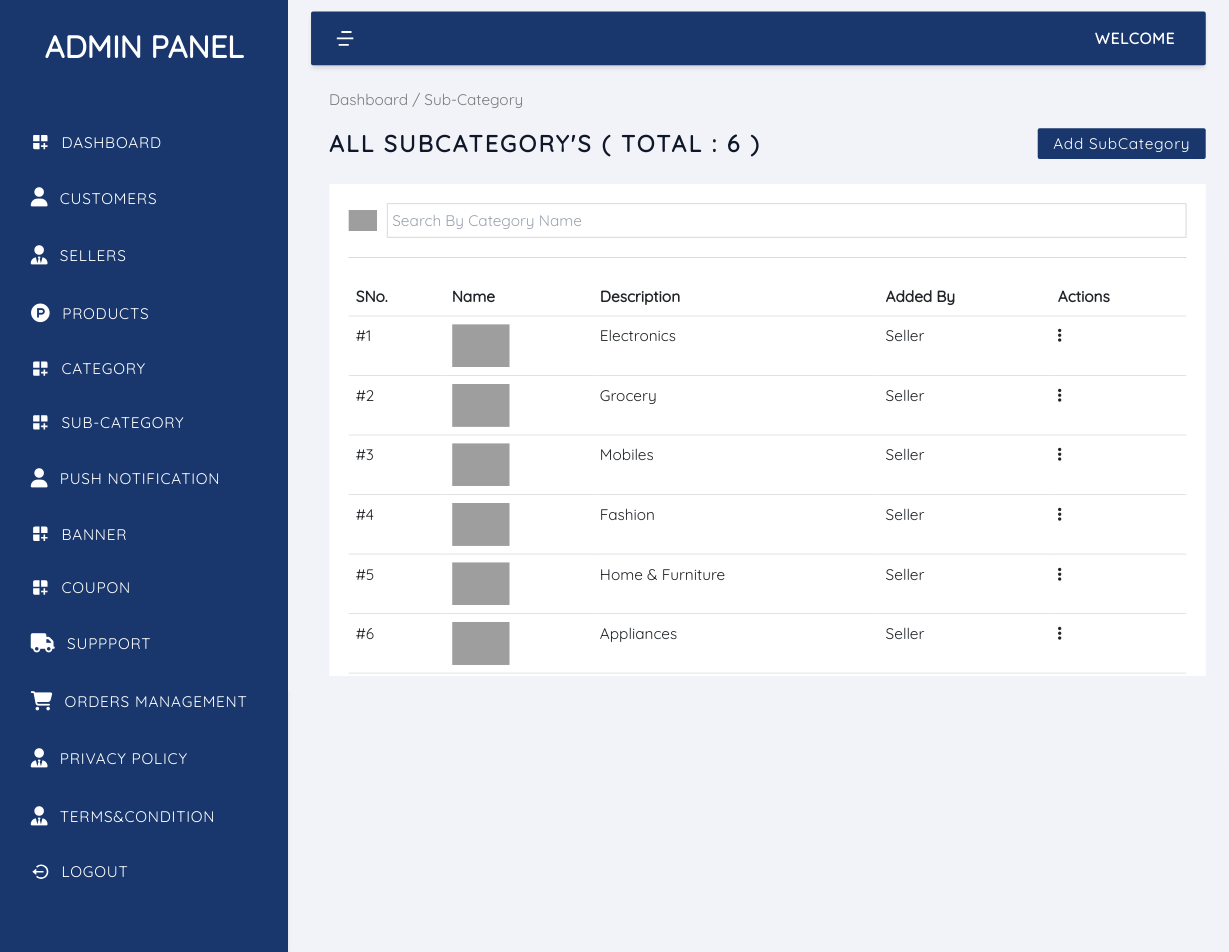
Repository: shishpal2000/admin.aschpro
Page: /SubCategory
An editor plug-in stored every save of this project. The page is shown before and after a run of saves, followed by the edit.
The browser window is 1280 px wide. The pictures show the whole page, at 96% of full size.
Pictures or frames that could not be fetched are drawn as grey boxes. An inner scrolling area shows only its first screen. Some web libraries are served in a nearby version. The project was rebuilt for these pictures with package versions that can differ from the ones it lists, and the page was loaded fresh each time. Also part of the build but not shown: src/E-CommerceAdmin/forms/Login.jsx, src/E-CommerceAdmin/pages/Dashboard.jsx, src/E-CommerceAdmin/pages/ECategory.js, src/E-CommerceAdmin/pages/EProduct.js, src/E-CommerceAdmin/pages/EVendorList.js, src/E-CommerceAdmin/pages/EAdminOrders.js, src/E-CommerceAdmin/pages/EAdminDelivery.js, src/E-CommerceAdmin/pages/EAdminCustomer.js and 6 more. Imported but missing from the stored project, and not drawn on this page: src/E-CommerceAdmin/pages/Complaints, src/E-CommerceAdmin/pages/Component/SpinnerComp, src/E-CommerceAdmin/pages/EAdmin, src/E-CommerceAdmin/pages/EAdminProduct, src/E-CommerceAdmin/pages/ESingleProduct, src/E-CommerceAdmin/pages/GetMeThis, src/E-CommerceAdmin/pages/HelpSupport.

Above is the page before, as saved 2023-06-28 16:43:26.

### public/index.html
<!-- @format -->

<!DOCTYPE html>
<html lang="en">
  <head>
    <meta charset="utf-8" />
    <meta name="viewport" content="width=device-width, initial-scale=1" />
    <meta name="theme-color" content="#000000" />
    <meta
      name="description"
      content="Web site created using create-react-app"
    />
    <link rel="icon" href="%PUBLIC_URL%/favicon.png" />
    <link rel="manifest" href="%PUBLIC_URL%/manifest.json" />
    <link rel="preconnect" href="https://fonts.googleapis.com" />
    <link rel="preconnect" href="https://fonts.gstatic.com" crossorigin />
    <link
      href="https://fonts.googleapis.com/css2?family=Roboto+Mono:ital,wght@1,300&display=swap"
      rel="stylesheet"
    />
    <link rel="preconnect" href="https://fonts.googleapis.com">
<link rel="preconnect" href="https://fonts.gstatic.com" crossorigin>
<link href="https://fonts.googleapis.com/css2?family=Quicksand&display=swap" rel="stylesheet">
    <title>Subharambh</title>
  </head>
  <body>
    <noscript>You need to enable JavaScript to run this app.</noscript>
    <div id="root"></div>
    <script src="https://code.jquery.com/jquery-3.6.0.min.js"></script>
    <script
      src="https://kit.fontawesome.com/b533b351e4.js"
      crossorigin="anonymous"
    ></script>
    <script
      type="module"
      src="https://unpkg.com/ionicons@7.1.0/dist/ionicons/ionicons.esm.js"
    ></script>
    <script
      nomodule
      src="https://unpkg.com/ionicons@7.1.0/dist/ionicons/ionicons.js"
    ></script>
  </body>
</html>

### src/E-CommerceAdmin/pages/ESubCategory.js
/** @format */
import React, { useEffect, useState } from "react";
import HOC from "../layout/HOC";
import {
  Table,
  Modal,
  Form,
  Button,
  Alert,
} from "react-bootstrap";
import { Dropdown, Menu } from "antd";

const ESubCategory = () => {
  const [modalShow, setModalShow] = React.useState(false);
  const [edit, setEdit] = useState("");

  const data = [
    {
      img: "https://rukminim1.flixcart.com/flap/128/128/image/69c6589653afdb9a.png?q=100",
      name: "Electronics",
    },
    {
      img: "https://rukminim1.flixcart.com/flap/128/128/image/29327f40e9c4d26b.png?q=100",
      name: "Grocery",
    },
    {
      img: "https://rukminim1.flixcart.com/flap/128/128/image/22fddf3c7da4c4f4.png?q=100",
      name: "Mobiles",
    },
    {
      img: "https://rukminim1.flixcart.com/fk-p-flap/128/128/image/0d75b34f7d8fbcb3.png?q=100",
      name: "Fashion",
    },
    {
      img: "https://rukminim1.flixcart.com/flap/128/128/image/ab7e2b022a4587dd.jpg?q=100",
      name: "Home & Furniture",
    },
    {
      img: "https://rukminim1.flixcart.com/flap/128/128/image/0ff199d1bd27eb98.png?q=100",
      name: "Appliances",
    },
  ];

  // Pagination and Filter
  const [query, setQuery] = useState("");
  const [currentPage2, setCurrentPage2] = useState(1);
  const [postPerPage2] = useState(10);
  const lastPostIndex2 = currentPage2 * postPerPage2;
  const firstPostIndex2 = lastPostIndex2 - postPerPage2;

  let pages2 = [];

  const TotolData = query
    ? data?.filter((i) => i?.name?.toLowerCase().includes(query?.toLowerCase()))
    : data;

  useEffect(() => {
    if (query) {
      setCurrentPage2(1);
    }
  }, [query]);

  const slicedData = TotolData?.slice(firstPostIndex2, lastPostIndex2);

  for (let i = 1; i <= Math.ceil(TotolData?.length / postPerPage2); i++) {
    pages2.push(i);
  }

  function Next() {
    setCurrentPage2(currentPage2 + 1);
  }

  function Prev() {
    if (currentPage2 !== 1) {
      setCurrentPage2(currentPage2 - 1);
    }
  }

  function MyVerticallyCenteredModal(props) {
    return (
      <Modal
        {...props}
        size="lg"
        aria-labelledby="contained-modal-title-vcenter"
        centered
      >
        <Modal.Header closeButton>
          <Modal.Title id="contained-modal-title-vcenter">
            {" "}
            {edit ? "Edit Sub Category" : " Add Sub Category"}
          </Modal.Title>
        </Modal.Header>
        <Modal.Body>
          <Form>

            <Form.Group className="mb-3">
              <Form.Label>Name</Form.Label>
              <Form.Control type="text" required />
            </Form.Group>

            <Button
              style={{ backgroundColor: "#19376d", borderRadius: "0" , border : '1px solid #19376d'}}
              type="submit"
            >
              Submit
            </Button>
          </Form>
        </Modal.Body>
      </Modal>
    );
  }

  return (
    <>
      <MyVerticallyCenteredModal
        show={modalShow}
        onHide={() => setModalShow(false)}
      />

      <section>
        <p className="headP">Dashboard /  Sub-Category</p>
        <div
          className="pb-4   w-full flex justify-between items-center"
          style={{ width: "98%", marginLeft: "2%" }}
        >
          <span
            className="tracking-widest text-slate-900 font-semibold uppercase"
            style={{ fontSize: "1.5rem" }}
          >
            All SubCategory's ( Total : {data?.length} )
          </span>
          <button
            onClick={() => {
              setEdit(false);
              setModalShow(true);
            }}
            className="md:py-2 px-3 md:px-4 py-1 rounded-sm bg-[#19376d] text-white tracking-wider"
          >
            Add SubCategory
          </button>
        </div>

        <section className="sectionCont">
          {data?.length === 0 || !data ? (
            <Alert>Categories Not Found</Alert>
          ) : (
            <>
              <div className="filterBox">
                <img
                  src="https://t4.ftcdn.net/jpg/01/41/97/61/360_F_141976137_kQrdYIvfn3e0RT1EWbZOmQciOKLMgCwG.jpg"
                  alt=""
                />
                <input
                  type="search"
                  placeholder="Search By Category Name"
                  onChange={(e) => setQuery(e.target.value)}
                />
              </div>

              <div className="overFlowCont">
                <Table>
                  <thead>
                    <tr>
                      <th>SNo.</th>
                      <th>Name</th>
                      <th>Description</th>
                      <th>Added By</th>
                      <th>Actions</th>
                    </tr>
                  </thead>
                  <tbody>
                    {slicedData?.map((i, index) => (
                      <tr key={index}>
                        <td>#{index + 1} </td>
                        <td>
                          <img src={i.img} alt="" style={{ width: "60px" }} />
                        </td>
                        <td>{i.name} </td>
                        <td> Seller</td>

                        <td>
                          <Dropdown
                            overlay={
                              <Menu>
                                <Menu.Item key="2">
                                  <div
                                    className="two_Sec_Div"
                                    onClick={() => {
                                      setEdit(true)
                                      setModalShow(true)
                                    }}
                                  >
                                    <i className="fa-solid fa-pen-to-square"></i>

                                    <p>Edit Category</p>
                                  </div>
                                </Menu.Item>
                                <Menu.Item key="3">
                                  <div className="two_Sec_Div">
                                    <i className="fa-sharp fa-solid fa-trash"></i>
                                    <p>Delete Category</p>
                                  </div>
                                </Menu.Item>
                              </Menu>
                            }
                            trigger={["click"]}
                          >
                            <i className="fa-solid fa-ellipsis-vertical"></i>
                          </Dropdown>
                        </td>
                      </tr>
                    ))}
                  </tbody>
                </Table>
                {/* Pagination */}
                <div className="pagination">
                  <button onClick={() => Prev()} className="prevBtn">
                    <i className="fa-solid fa-backward"></i>
                  </button>
                  {currentPage2 === 1 ? (
                    ""
                  ) : (
                    <button onClick={() => setCurrentPage2(1)}>1</button>
                  )}

                  {pages2
                    ?.slice(currentPage2 - 1, currentPage2 + 3)
                    .map((i, index) =>
                      i === pages2?.length ? (
                        ""
                      ) : (
                        <button
                          key={index}
                          onClick={() => setCurrentPage2(i)}
                          className={currentPage2 === i ? "activePage" : ""}
                        >
                          {" "}
                          {i}{" "}
                        </button>
                      )
                    )}

                  <button
                    onClick={() => setCurrentPage2(pages2?.length)}
                    className={
                      currentPage2 === pages2?.length ? "activePage" : ""
                    }
                  >
                    {" "}
                    {pages2?.length}{" "}
                  </button>

                  {currentPage2 === pages2?.length ? (
                    ""
                  ) : (
                    <button onClick={() => Next()} className="nextBtn">
                      {" "}
                      <i className="fa-sharp fa-solid fa-forward"></i>
                    </button>
                  )}
                </div>
              </div>
            </>
          )}
        </section>
      </section>
    </>
  );
};


export default HOC(ESubCategory);

### src/E-CommerceAdmin/layout/HOC.jsx
/** @format */

import React, { useState } from "react";
import Navbar from "./Navbar";
import Sidebar from "./Sidebar";

const HOC = (Wcomponenet) => {
  return function Component() {
    const [hamb, setHamb] = useState(false);
    return (
      <>
        <section
          className="flex overflow-x-hidden relative "
          style={{ backgroundColor: "#f2f3f8" }}
        >
          {/* Sidebar */}
          <div
            className={
              hamb
                ? " absolute top-0 z-30 md:w-auto shadow-md bg-slate-200  w-60 transition-all md:-left-full left duration-150  h-auto overflow-y-auto  left-0 "
                : " md:w-72 z-30 bg-slate-200  shadow-md  md:static absolute top-0 -left-full   transition-all duration-150  overflow-y-auto h-auto"
            }
            style={{ minWidth: "300px" }}
          >
            <Sidebar hamb={hamb} setHamb={setHamb} />
          </div>
          {/* Components & Navbar */}
          <div
            className={
              hamb
                ? " transition-all px-4 py-2  duration-150 w-full h-screen"
                : " w-full h-screen  px-4 py-2   z-50 transition-all duration-150 "
            }
            style={{ backgroundColor: "#f2f3f8" }}
          >
            <Navbar hamb={hamb} setHamb={setHamb} />
            <div className="my-6 text-#000 h-[87%] wcomp overflow-y-auto">
              {" "}
              <Wcomponenet />
            </div>
          </div>
        </section>
      </>
    );
  };
};

export default HOC;

### src/E-CommerceAdmin/layout/Navbar.jsx
/** @format */

import { RiMenu4Line } from "react-icons/ri";

const Navbar = ({ hamb, setHamb }) => {
  const AdminName = localStorage.getItem("AdminName")
  return (
    <>
      <div
        className={
          hamb
            ? "flex  w-full justify-between  my-1 rounded-sm  p-4 py-3 shadow-md items-center  bg-slate-200 space-x-4"
            : "flex  w-full justify-between my-1 rounded-sm  p-4 py-3 shadow-md items-center  bg-slate-200 space-x-4"
        }
        style={{ backgroundColor: "#19376d" }}
      >
        <RiMenu4Line
          onClick={() => setHamb(!hamb)}
          className="text-2xl font-bold text-gray-900 hover:scale-90 cursor-pointer"
          style={{ color: "#fff" }}
        />

        <section className="flex sm:ml-auto justify-end sm:w-full items-center space-x-2  pr-2">
          <figcaption className="tracking-wider pl-1 font-semibold">
            <div
              className="lg:text-base text-sm text-gray-900  uppercase"
              style={{ color: "#fff" }}
            >
              Welcome {AdminName}
            </div>
          </figcaption>
        </section>
      </div>
    </>
  );
};

export default Navbar;

### src/E-CommerceAdmin/layout/Sidebar.jsx
/** @format */

import React from "react";
import { RiCloseLine } from "react-icons/ri";
import { Link, useNavigate } from "react-router-dom";
import { BiLogOutCircle } from "react-icons/bi";
import { MdDashboardCustomize } from "react-icons/md";

const Sidebar = ({ hamb, setHamb }) => {
  const navigate = useNavigate();

  const nav = [
    {
      icon: <MdDashboardCustomize className="text-xl mr-3 rounded-full " />,
      link: "/dashboard ",
      name: "Dashboard",
    },

    {
      icon: (
        <i className="fa-solid fa-user text-xl mr-3 rounded-full"></i>
      ),
      link: "/Customer",
      name: "Customers",
    },
    {
      icon: <i className="fa-solid fa-user-tie text-xl mr-3 rounded-full"></i>,
      link: "/VendorList",
      name: "Sellers",
    },
    {
      icon: (
    <i className="fa-brands fa-product-hunt text-xl mr-3 rounded-full"></i>
      ),
      link: "/Product",
      name: "Products",
    },
    {
      icon: <MdDashboardCustomize className="text-xl mr-3 rounded-full " />,
      link: "/Category",
      name: "Category",
    },

    {
      icon: <MdDashboardCustomize className="text-xl mr-3 rounded-full " />,
      link: "/SubCategory",
      name: "Sub-Category",
    },
    {
      icon: <i className="fa-solid fa-user text-xl mr-3 rounded-full"></i>,
      link: "/pushNotification",
      name: "Push Notification",
    },

    {
      icon: <MdDashboardCustomize className="text-xl mr-3 rounded-full " />,
      link: "/banner",
      name: "Banner",
    },
    {
      icon: <MdDashboardCustomize className="text-xl mr-3 rounded-full " />,
      link: "/coupon",
      name: "Coupon",
    },

    {
      icon: <i className="fa-solid fa-truck  text-xl mr-3 rounded-full"></i>,
      link: "/Support",
      name: "Suppport",
    },
    {
      icon: (
        <i className="fa-solid fa-cart-shopping text-xl mr-3 rounded-full"></i>
      ),
      link: "/Orders",
      name: "Orders Management",
    },

    {
      icon: <i className="fa-solid fa-user-tie text-xl mr-3 rounded-full"></i>,
      link: "/privacy",
      name: "Privacy Policy",
    },
    {
      icon: <i className="fa-solid fa-user-tie text-xl mr-3 rounded-full"></i>,
      link: "/terms",
      name: "Terms&Condition",
    }
  ];

  const logOut = () => {
    localStorage.clear()
    navigate("/");
  };

  return (
    <>
      <aside
        className="p-4 h-auto"
        style={{ backgroundColor: "#19376d", minHeight: "100vh" }}
      >
        {/* Top */}
        <div className="w-full md:hidden relative  p-2 mb-4">
          <RiCloseLine
            onClick={() => setHamb(!hamb)}
            className="text-3xl  absolute top-2 sm:hover:rotate-[228deg] transition-transform font-bold right-2 sm:hover:text-[22px] text-[rgb(241,146,46)] cursor-pointer"
          />
        </div>{" "}
        <figure className="flex  flex-col items-center">
          <span
            className="font-bold text-[#fff]"
            style={{
              fontSize: "2rem",
              textAlign: "center",
              textTransform: "uppercase",
            }}
          >
            {" "}
            ADMIN PANEL
          </span>
        </figure>
        <nav className="py-6">
          {nav.map((nav) => {
            return (
              <Link
                to={nav.link}
                key={nav.name}
                className=""
                style={{ textDecoration: "none", textTransform: "uppercase" }}
              >
                <span
                  className="flex my-3 items-center cursor-pointer text-gray-900    tracking-wider p-2 rounded-sm"
                  style={{ color: "#FFF" }}
                >
                  {nav.icon} {nav.name}
                </span>
              </Link>
            );
          })}
          <span
            className="flex my-3 items-center cursor-pointer text-gray-900    tracking-wider p-2 rounded-sm"
            onClick={() => logOut()}
            style={{ color: "#FFF", textTransform: "uppercase" }}
          >
            <BiLogOutCircle className="text-xl mr-3 rounded-full " /> LogOut
          </span>
        </nav>
      </aside>
    </>
  );
};

export default Sidebar;

Loaded but not shown: tailwind.config.js (common file); src/App.js (70 lines, source omitted); src/index.js (15 lines, source omitted); src/index.css (533 lines, source omitted)

After the next 4 saves:
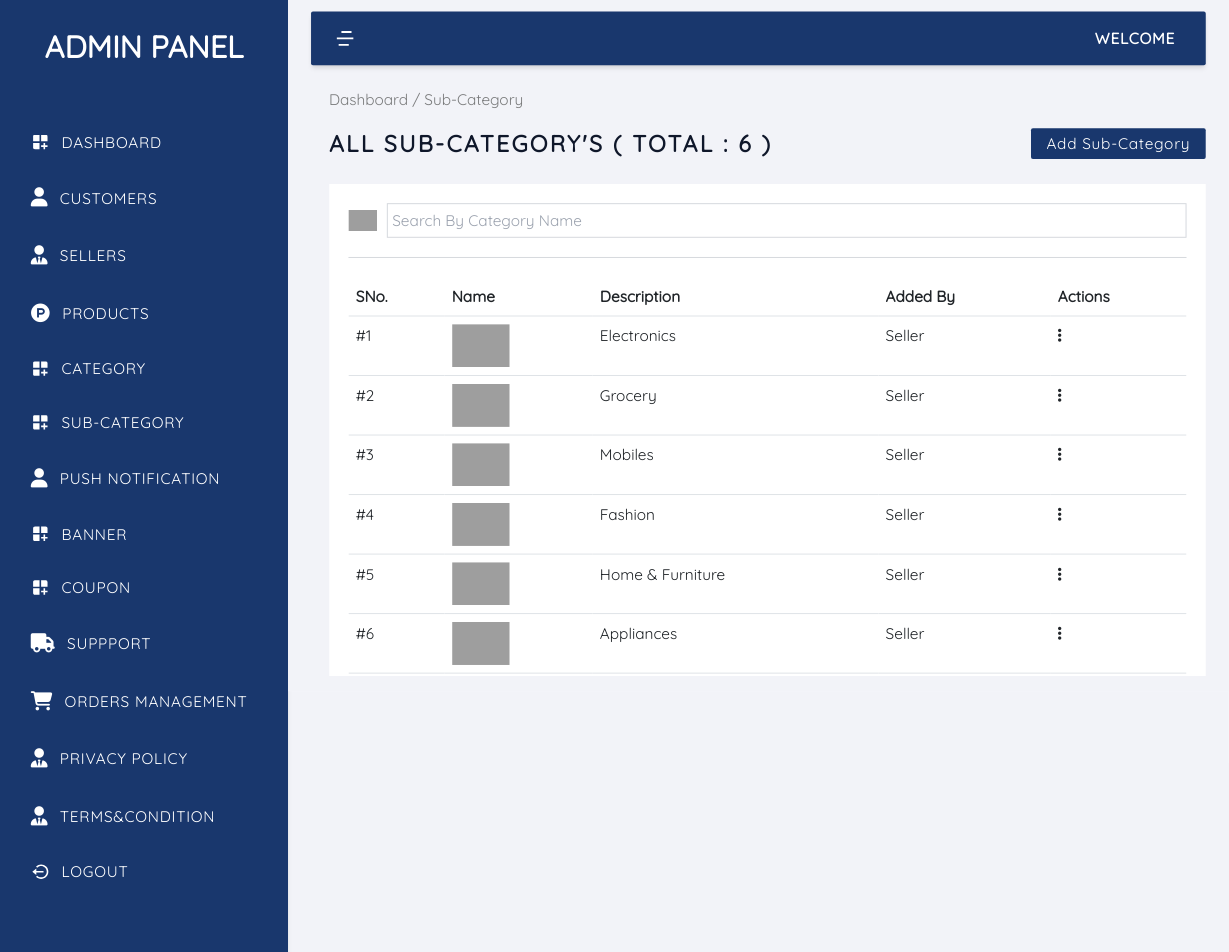
The 4 saves are shown as one change because they came seconds apart.
The last was saved 15 s later.
--- a/src/E-CommerceAdmin/pages/ESubCategory.js
+++ b/src/E-CommerceAdmin/pages/ESubCategory.js
@@ -127,7 +127,7 @@
             className="tracking-widest text-slate-900 font-semibold uppercase"
             style={{ fontSize: "1.5rem" }}
           >
-            All SubCategory's ( Total : {data?.length} )
+            All Sub-Category's ( Total : {data?.length} )
           </span>
           <button
             onClick={() => {
@@ -136,13 +136,13 @@
             }}
             className="md:py-2 px-3 md:px-4 py-1 rounded-sm bg-[#19376d] text-white tracking-wider"
           >
-            Add SubCategory
+            Add Sub-Category
           </button>
         </div>
 
         <section className="sectionCont">
           {data?.length === 0 || !data ? (
-            <Alert>Categories Not Found</Alert>
+            <Alert>Sub-Categories Not Found</Alert>
           ) : (
             <>
               <div className="filterBox">
